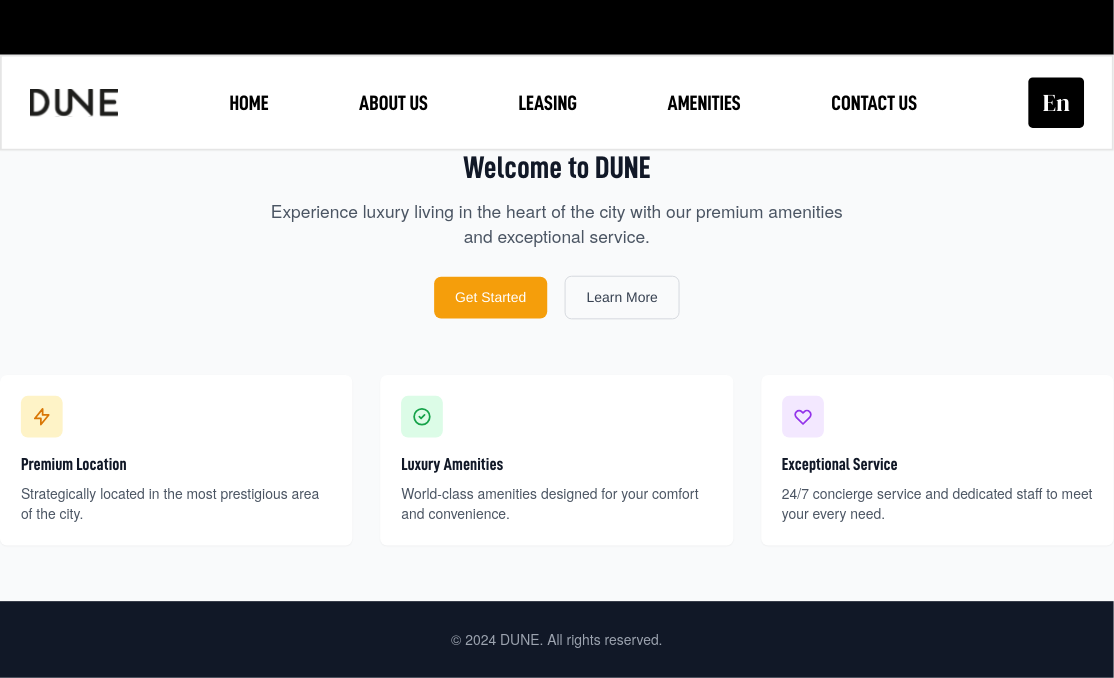
Repository: ahmedassr5765/dune
Page: index.html
An editor plug-in stored every save of this project. The page is shown before and after the next save, followed by the edit.
The browser window is 1280 px wide. The pictures show the whole page, at 87% of full size.
Some web fonts or font styles are not loaded; a fallback is used. Some web libraries are served in a nearby version.

Above is the page before, as saved 2025-07-12 17:53:34.

### index.html
<!DOCTYPE html>
<html lang="en" dir="ltr">
<head>
    <meta charset="UTF-8">
    <meta name="viewport" content="width=device-width, initial-scale=1.0">
    <title>DUNE</title>

    <!-- Google Fonts -->
    <link rel="preconnect" href="https://fonts.googleapis.com">
    <link rel="preconnect" href="https://fonts.gstatic.com" crossorigin>
    <link href="https://fonts.googleapis.com/css2?family=DM+Serif+Display:ital@0;1&display=swap" rel="stylesheet">

    <!-- Local Fonts -->
    <style>
        @font-face {
            font-family: 'D-DIN Condensed';
            src: url('./Fonts/D-DINCondensed-Bold.otf') format('opentype');
            font-weight: 700;
            font-style: normal;
        }

        @font-face {
            font-family: 'Helvetica Neue';
            src: url('./Fonts/HelveticaNeueBlack.otf') format('opentype');
            font-weight: 400;
            font-style: normal;
        }
    </style>

    <!-- TailwindCSS -->
    <script src="https://cdn.tailwindcss.com"></script>

    <!-- TailwindCSS Configuration -->
    <script>
        tailwind.config = {
            theme: {
                extend: {
                    fontFamily: {
                        'ddin': ['D-DIN Condensed', 'sans-serif'],
                        'helvetica': ['Helvetica Neue', 'sans-serif'],
                        'dm-serif': ['DM Serif Display', 'serif'],
                    }
                }
            }
        }
    </script>

    <!-- Custom Styles -->
    <style>
        /* RTL Support */
        [dir="rtl"] {
            text-align: right;
        }

        [dir="rtl"] .header-container {
            flex-direction: row-reverse;
        }

        [dir="rtl"] .logo {
            order: 3;
            margin-left: 0;
            margin-right: 0;
        }

        [dir="rtl"] .nav-items {
            order: 2;
            flex-direction: row;
            margin-left: 0;
            margin-right: 0;
            flex: 1;
            justify-content: center;
        }

        [dir="rtl"] .lang-toggle {
            order: 1;
            margin-left: 0;
            margin-right: 0;
        }

        [dir="rtl"] .nav-items a {
            margin-left: 0;
            margin-right: 0;
        }

        /* Language Toggle Button */
        .lang-toggle {
            transition: all 0.3s ease;
        }

        .lang-toggle:hover {
            transform: scale(1.05);
        }

        /* Navigation Active State */
        .nav-active {
            color: #f59e0b;
        }

        /* RTL Animation */
        .rtl-transition {
            transition: all 0.5s ease;
        }

        /* Black Top Bar */
        .top-bar {
            background-color: #000000;
            height: 63px;
        }
    </style>
</head>
<body class="font-helvetica bg-gray-50 rtl-transition">
    <!-- Black Top Bar -->
    <div class="top-bar"></div>

    <!-- Header -->
    <header class="bg-white shadow-sm">
        <div class="max-w-8xl mx-auto px-4 border-[#E5E5E5] border-2 sm:px-6 lg:px-8">
            <div class="flex justify-between items-center py-6 header-container">
                <div class="flex items-center logo">
                    <a href="#" class="flex items-center">
                        <img src="/images/logo.svg" alt="DUNE" class="h-8 w-auto">
                    </a>
                </div>
                <nav class="hidden md:flex space-x-20 nav-items">
                    <a href="#" class="text-black hover:text-[#FBAA19] px-3 py-2 text-[24px] font-ddin transition-colors duration-200 nav-link" data-en="HOME" data-ar="الرئيسية">HOME</a>
                    <a href="#" class="text-black hover:text-[#FBAA19] px-3 py-2 text-[24px] font-ddin transition-colors duration-200 nav-link" data-en="ABOUT US" data-ar="معلومات عنا">ABOUT US</a>
                    <a href="#" class="text-black hover:text-[#FBAA19] px-3 py-2 text-[24px] font-ddin transition-colors duration-200 nav-link" data-en="LEASING" data-ar="الإيجار">LEASING</a>
                    <a href="#" class="text-black hover:text-[#FBAA19] px-3 py-2 text-[24px] font-ddin transition-colors duration-200 nav-link" data-en="AMENITIES" data-ar="الخدمات">AMENITIES</a>
                    <a href="#" class="text-black hover:text-[#FBAA19] px-3 py-2 text-[24px] font-ddin transition-colors duration-200 nav-link" data-en="CONTACT US" data-ar="اتصل بنا">CONTACT US</a>
                </nav>
                <div class="flex items-center lang-toggle">
                    <button id="languageToggle" class="bg-black text-white px-4 py-2 text-[28px] font-normal font-dm-serif hover:bg-gray-800 transition-colors duration-200 focus:outline-none focus:ring-2 focus:ring-gray-500 focus:ring-offset-2 rounded-[5px]">
                        En
                    </button>
                </div>
            </div>
        </div>
    </header>

        <!-- Hero Section -->
        <section class="text-center mb-16">
            <h2 class="text-4xl font-bold text-gray-900 font-ddin mb-4 main-title" data-en="Welcome to DUNE" data-ar="مرحباً بكم في ديون">Welcome to DUNE</h2>
            <p class="text-xl text-gray-600 mb-8 max-w-2xl mx-auto main-subtitle" data-en="Experience luxury living in the heart of the city with our premium amenities and exceptional service." data-ar="اختبر الحياة الفاخرة في قلب المدينة مع خدماتنا المتميزة والخدمة الاستثنائية.">Experience luxury living in the heart of the city with our premium amenities and exceptional service.</p>
            <div class="space-x-4">
                <button class="bg-amber-500 text-white px-6 py-3 rounded-lg font-medium hover:bg-amber-600 transition duration-200 cta-button" data-en="Get Started" data-ar="ابدأ الآن">
                    Get Started
                </button>
                <button class="border border-gray-300 text-gray-700 px-6 py-3 rounded-lg font-medium hover:bg-gray-50 transition duration-200 secondary-button" data-en="Learn More" data-ar="اعرف المزيد">
                    Learn More
                </button>
            </div>
        </section>

        <!-- Features Section -->
        <section class="grid md:grid-cols-3 gap-8 mb-16">
            <div class="bg-white p-6 rounded-lg shadow-sm">
                <div class="w-12 h-12 bg-amber-100 rounded-lg flex items-center justify-center mb-4">
                    <svg class="w-6 h-6 text-amber-600" fill="none" stroke="currentColor" viewBox="0 0 24 24">
                        <path stroke-linecap="round" stroke-linejoin="round" stroke-width="2" d="M13 10V3L4 14h7v7l9-11h-7z"></path>
                    </svg>
                </div>
                <h3 class="text-xl font-semibold text-gray-900 font-ddin mb-2 feature-title" data-en="Premium Location" data-ar="موقع مميز">Premium Location</h3>
                <p class="text-gray-600 feature-desc" data-en="Strategically located in the most prestigious area of the city." data-ar="يقع في موقع استراتيجي في أرقى مناطق المدينة.">Strategically located in the most prestigious area of the city.</p>
            </div>

            <div class="bg-white p-6 rounded-lg shadow-sm">
                <div class="w-12 h-12 bg-green-100 rounded-lg flex items-center justify-center mb-4">
                    <svg class="w-6 h-6 text-green-600" fill="none" stroke="currentColor" viewBox="0 0 24 24">
                        <path stroke-linecap="round" stroke-linejoin="round" stroke-width="2" d="M9 12l2 2 4-4m6 2a9 9 0 11-18 0 9 9 0 0118 0z"></path>
                    </svg>
                </div>
                <h3 class="text-xl font-semibold text-gray-900 font-ddin mb-2 feature-title" data-en="Luxury Amenities" data-ar="خدمات فاخرة">Luxury Amenities</h3>
                <p class="text-gray-600 feature-desc" data-en="World-class amenities designed for your comfort and convenience." data-ar="خدمات عالمية المستوى مصممة لراحتك وسهولتك.">World-class amenities designed for your comfort and convenience.</p>
            </div>

            <div class="bg-white p-6 rounded-lg shadow-sm">
                <div class="w-12 h-12 bg-purple-100 rounded-lg flex items-center justify-center mb-4">
                    <svg class="w-6 h-6 text-purple-600" fill="none" stroke="currentColor" viewBox="0 0 24 24">
                        <path stroke-linecap="round" stroke-linejoin="round" stroke-width="2" d="M4.318 6.318a4.5 4.5 0 000 6.364L12 20.364l7.682-7.682a4.5 4.5 0 00-6.364-6.364L12 7.636l-1.318-1.318a4.5 4.5 0 00-6.364 0z"></path>
                    </svg>
                </div>
                <h3 class="text-xl font-semibold text-gray-900 font-ddin mb-2 feature-title" data-en="Exceptional Service" data-ar="خدمة استثنائية">Exceptional Service</h3>
                <p class="text-gray-600 feature-desc" data-en="24/7 concierge service and dedicated staff to meet your every need." data-ar="خدمة بواب على مدار الساعة وموظفين مخصصين لتلبية جميع احتياجاتك.">24/7 concierge service and dedicated staff to meet your every need.</p>
            </div>
        </section>

    <!-- Footer -->
    <footer class="bg-gray-900 text-white">
        <div class="max-w-7xl mx-auto px-4 sm:px-6 lg:px-8 py-8">
            <div class="text-center">
                <p class="text-gray-400 footer-text" data-en="&copy; 2024 DUNE. All rights reserved." data-ar="&copy; 2024 ديون. جميع الحقوق محفوظة.">&copy; 2024 DUNE. All rights reserved.</p>
            </div>
        </div>
    </footer>

    <!-- External JavaScript -->
    <script src="index.js"></script>
</body>
</html>

### index.js
let currentLang = 'en';
const languageToggle = document.getElementById('languageToggle');
const htmlElement = document.documentElement;

// Language toggle functionality
languageToggle.addEventListener('click', function() {
    if (currentLang === 'en') {
        // Switch to Arabic
        currentLang = 'ar';
        languageToggle.textContent = 'AR';
        htmlElement.setAttribute('lang', 'ar');
        htmlElement.setAttribute('dir', 'rtl');

        // Update all translatable elements
        updateTextContent('ar');

        // Add RTL specific classes
        document.body.classList.add('rtl-mode');

        // Update navigation spacing for RTL
        const navItems = document.querySelector('.nav-items');
        if (navItems) {
            navItems.classList.remove('space-x-20');
            navItems.classList.add('space-x-8');
        }

    } else {
        // Switch to English
        currentLang = 'en';
        languageToggle.textContent = 'En';
        htmlElement.setAttribute('lang', 'en');
        htmlElement.setAttribute('dir', 'ltr');

        // Update all translatable elements
        updateTextContent('en');

        // Remove RTL specific classes
        document.body.classList.remove('rtl-mode');

        // Reset navigation spacing for LTR
        const navItems = document.querySelector('.nav-items');
        if (navItems) {
            navItems.classList.remove('space-x-8');
            navItems.classList.add('space-x-20');
        }
    }
});

function updateTextContent(lang) {
    // Update navigation links
    const navLinks = document.querySelectorAll('.nav-link');
    navLinks.forEach(link => {
        link.textContent = link.getAttribute('data-' + lang);
    });

    // Update main title
    const mainTitle = document.querySelector('.main-title');
    if (mainTitle) {
        mainTitle.textContent = mainTitle.getAttribute('data-' + lang);
    }

    // Update main subtitle
    const mainSubtitle = document.querySelector('.main-subtitle');
    if (mainSubtitle) {
        mainSubtitle.textContent = mainSubtitle.getAttribute('data-' + lang);
    }

    // Update buttons
    const ctaButton = document.querySelector('.cta-button');
    if (ctaButton) {
        ctaButton.textContent = ctaButton.getAttribute('data-' + lang);
    }

    const secondaryButton = document.querySelector('.secondary-button');
    if (secondaryButton) {
        secondaryButton.textContent = secondaryButton.getAttribute('data-' + lang);
    }

    // Update feature titles
    const featureTitles = document.querySelectorAll('.feature-title');
    featureTitles.forEach(title => {
        title.textContent = title.getAttribute('data-' + lang);
    });

    // Update feature descriptions
    const featureDescs = document.querySelectorAll('.feature-desc');
    featureDescs.forEach(desc => {
        desc.textContent = desc.getAttribute('data-' + lang);
    });

    // Update footer text
    const footerText = document.querySelector('.footer-text');
    if (footerText) {
        footerText.innerHTML = footerText.getAttribute('data-' + lang);
    }
}

// Add smooth transitions for RTL switch
document.addEventListener('DOMContentLoaded', function() {
    // Add transition classes after page load
    setTimeout(() => {
        document.body.classList.add('rtl-transition');
    }, 100);
});

After the next save:
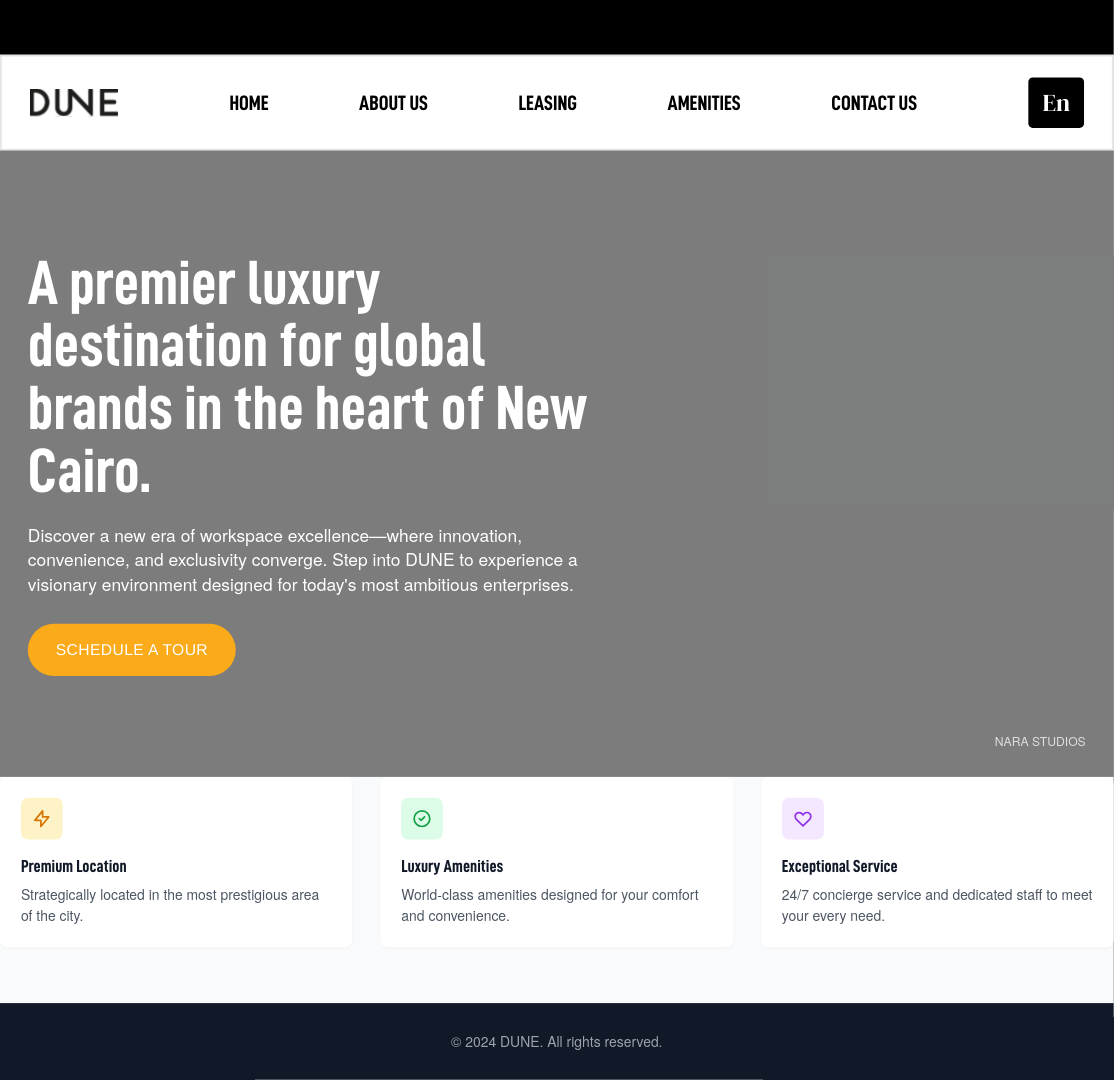
Not found: images/hero-bg.jpg
Saved 64 s later.
--- a/index.html
+++ b/index.html
@@ -113,7 +113,7 @@
     <div class="top-bar"></div>
 
     <!-- Header -->
-    <header class="bg-white shadow-sm">
+    <header class="container mx-auto bg-white shadow-sm">
         <div class="max-w-8xl mx-auto px-4 border-[#E5E5E5] border-2 sm:px-6 lg:px-8">
             <div class="flex justify-between items-center py-6 header-container">
                 <div class="flex items-center logo">
@@ -137,21 +137,46 @@
         </div>
     </header>
 
-        <!-- Hero Section -->
-        <section class="text-center mb-16">
-            <h2 class="text-4xl font-bold text-gray-900 font-ddin mb-4 main-title" data-en="Welcome to DUNE" data-ar="مرحباً بكم في ديون">Welcome to DUNE</h2>
-            <p class="text-xl text-gray-600 mb-8 max-w-2xl mx-auto main-subtitle" data-en="Experience luxury living in the heart of the city with our premium amenities and exceptional service." data-ar="اختبر الحياة الفاخرة في قلب المدينة مع خدماتنا المتميزة والخدمة الاستثنائية.">Experience luxury living in the heart of the city with our premium amenities and exceptional service.</p>
-            <div class="space-x-4">
-                <button class="bg-amber-500 text-white px-6 py-3 rounded-lg font-medium hover:bg-amber-600 transition duration-200 cta-button" data-en="Get Started" data-ar="ابدأ الآن">
-                    Get Started
+    <!-- Hero Section -->
+    <section class="relative h-screen bg-cover bg-center bg-no-repeat" style="background-image: url('/images/hero-bg.jpg');">
+        <!-- Dark overlay -->
+        <div class="absolute inset-0 bg-black bg-opacity-50"></div>
+
+        <!-- Hero Content -->
+        <div class="relative z-10 flex flex-col justify-center items-start h-full max-w-7xl mx-auto px-4 sm:px-6 lg:px-8">
+            <div class="max-w-2xl">
+                <!-- Main Heading -->
+                <h1 class="text-white text-5xl md:text-6xl lg:text-7xl font-bold font-ddin mb-6 leading-tight hero-title"
+                    data-en="A premier luxury destination for global brands in the heart of New Cairo."
+                    data-ar="وجهة فاخرة رائدة للعلامات التجارية العالمية في قلب القاهرة الجديدة.">
+                    A premier luxury destination for global brands in the heart of New Cairo.
+                </h1>
+
+                <!-- Subtitle -->
+                <p class="text-white text-lg md:text-xl mb-8 leading-relaxed hero-subtitle"
+                   data-en="Discover a new era of workspace excellence—where innovation, convenience, and exclusivity converge. Step into DUNE to experience a visionary environment designed for today's most ambitious enterprises."
+                   data-ar="اكتشف عصرًا جديدًا من التميز في مساحات العمل - حيث تتلاقى الابتكار والراحة والحصرية. ادخل إلى ديون لتختبر بيئة رؤيوية مصممة لأكثر المؤسسات طموحًا اليوم.">
+                    Discover a new era of workspace excellence—where innovation, convenience, and exclusivity converge. Step into DUNE to experience a visionary environment designed for today's most ambitious enterprises.
+                </p>
+
+                <!-- CTA Button -->
+                <button class="bg-[#FBAA19] hover:bg-[#e09915] text-white font-medium py-4 px-8 rounded-full text-lg transition-colors duration-300 uppercase tracking-wide hero-cta"
+                        data-en="SCHEDULE A TOUR"
+                        data-ar="حدد موعد جولة">
+                    SCHEDULE A TOUR
                 </button>
-                <button class="border border-gray-300 text-gray-700 px-6 py-3 rounded-lg font-medium hover:bg-gray-50 transition duration-200 secondary-button" data-en="Learn More" data-ar="اعرف المزيد">
-                    Learn More
-                </button>
-            </div>
-        </section>
-
-        <!-- Features Section -->
+            </div>
+        </div>
+
+        <!-- Bottom Logo/Branding -->
+        <div class="absolute bottom-8 right-8 z-10">
+            <div class="text-white text-sm opacity-75">
+                <span class="hero-brand" data-en="NARA STUDIOS" data-ar="استوديوهات نارا">NARA STUDIOS</span>
+            </div>
+        </div>
+    </section>
+
+    <!-- Features Section -->
         <section class="grid md:grid-cols-3 gap-8 mb-16">
             <div class="bg-white p-6 rounded-lg shadow-sm">
                 <div class="w-12 h-12 bg-amber-100 rounded-lg flex items-center justify-center mb-4">
